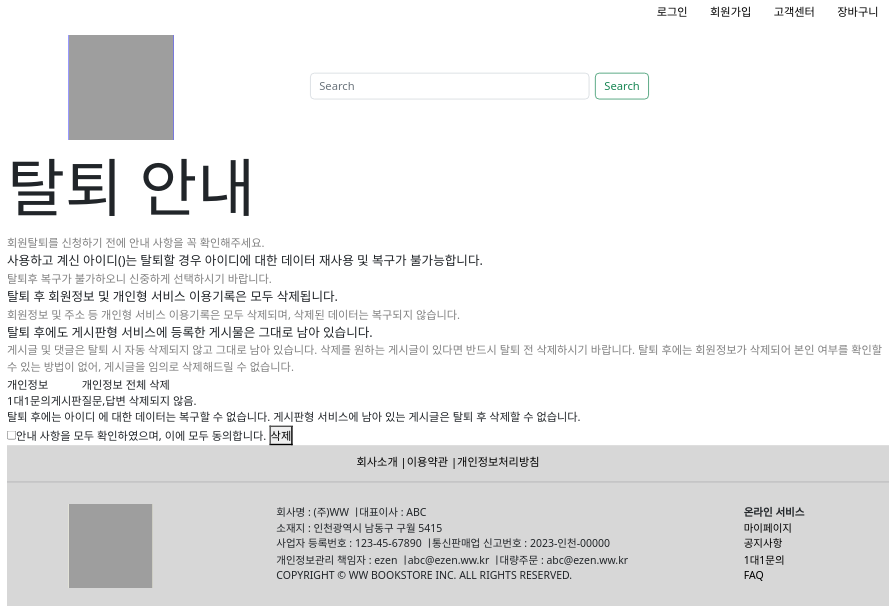
Repository: leehyeonung/project4
Page: http://localhost/book/WEB-INF/views/member/delete.jsp
These files come from the project's save history. The page is drawn as it stood at one moment and after the next save; the edit follows.
The browser window is 1280 px wide. The pictures show the whole page, at 70% of full size.
Pictures or frames that could not be fetched are drawn as grey boxes. The page is served by Tomcat 9. Nobody is signed in. The template is opened directly, without the code that normally fills it, so the values that code supplies are empty.

Above is the page before, as saved 2023-01-06 05:58:36.

After the next save:
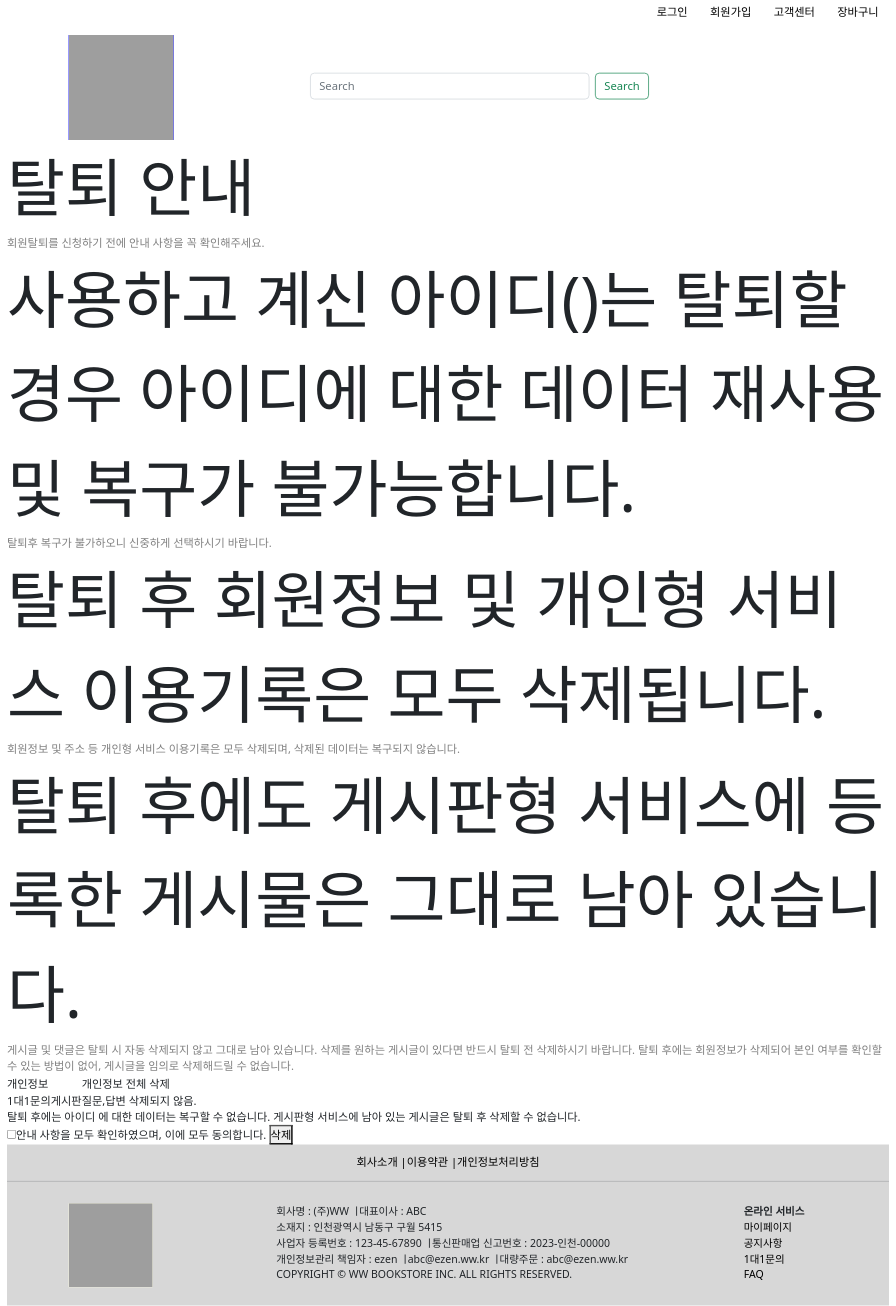
Saved 4 s later.
--- a/book/src/main/webapp/resources/css/delete.css
+++ b/book/src/main/webapp/resources/css/delete.css
@@ -9,7 +9,7 @@
 	font-weight:5000;
 }
 .long{
-	font-size:large;
+	font-size:90px;
 	font-weight: 5000;
 }
 
